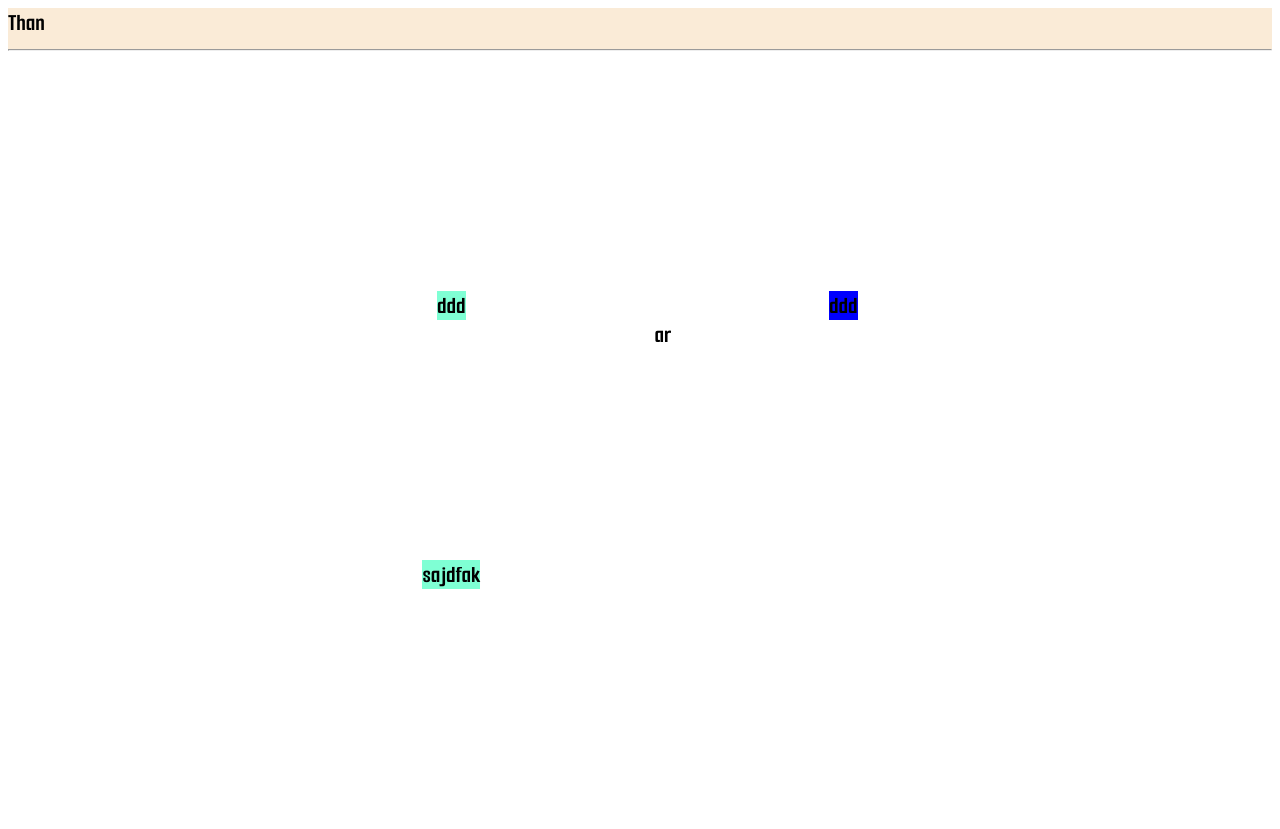
Repository: Than-dot/Than-dot
Page: index.html
An editor plug-in stored every save of this project. The page is shown before and after a run of saves, followed by the edit.
The browser window is 1280 px wide. The pictures show the whole page.

Above is the page before, as saved 2026-04-22 12:32:44.

After the next 2 saves:
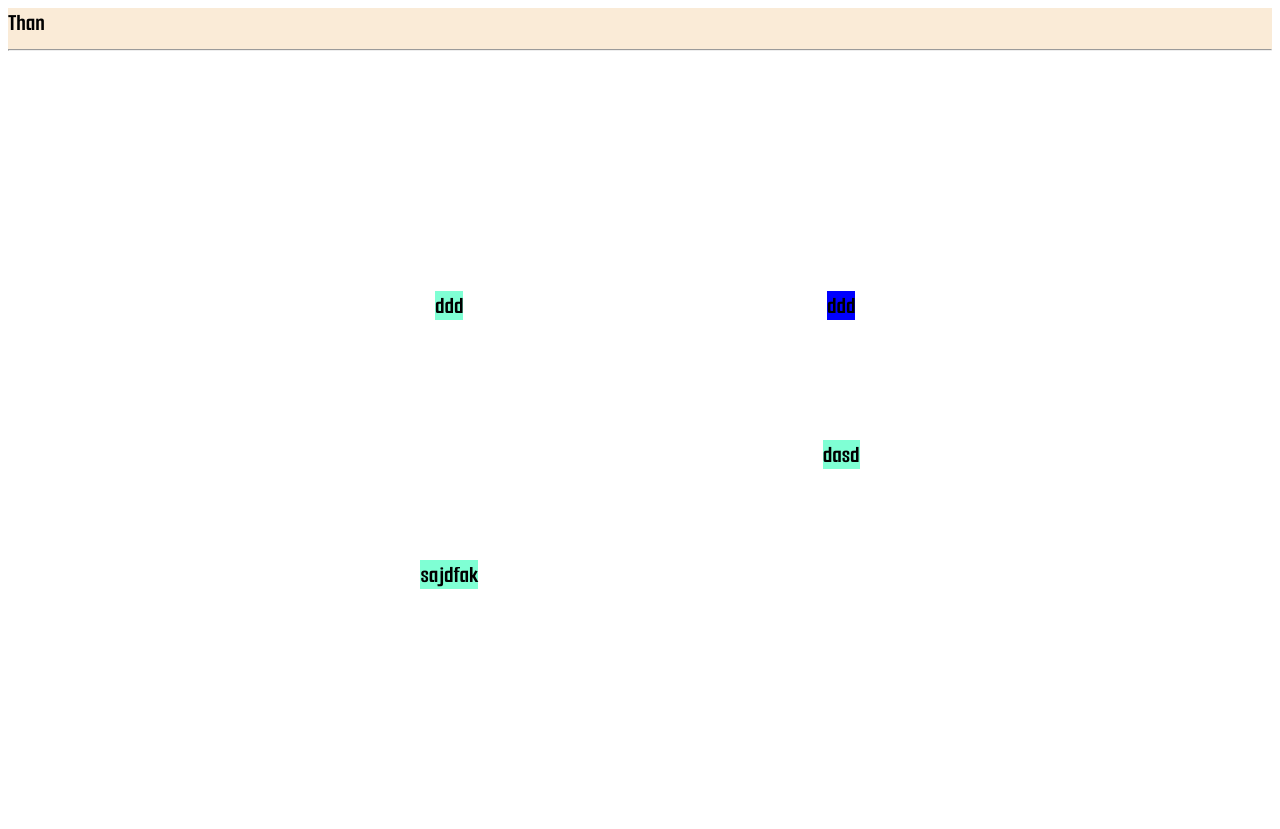
The 2 saves are shown as one change because they came seconds apart.
The last was saved 7 s later.
--- a/index.html
+++ b/index.html
@@ -17,7 +17,7 @@
       <article>ddd</article>
       <aside>ddd</aside>
       <article class="stats">sajdfak</article>
-      ar
+      <article>dasd</article>
     </main>
   </body>
 </html>

After the save that followed:
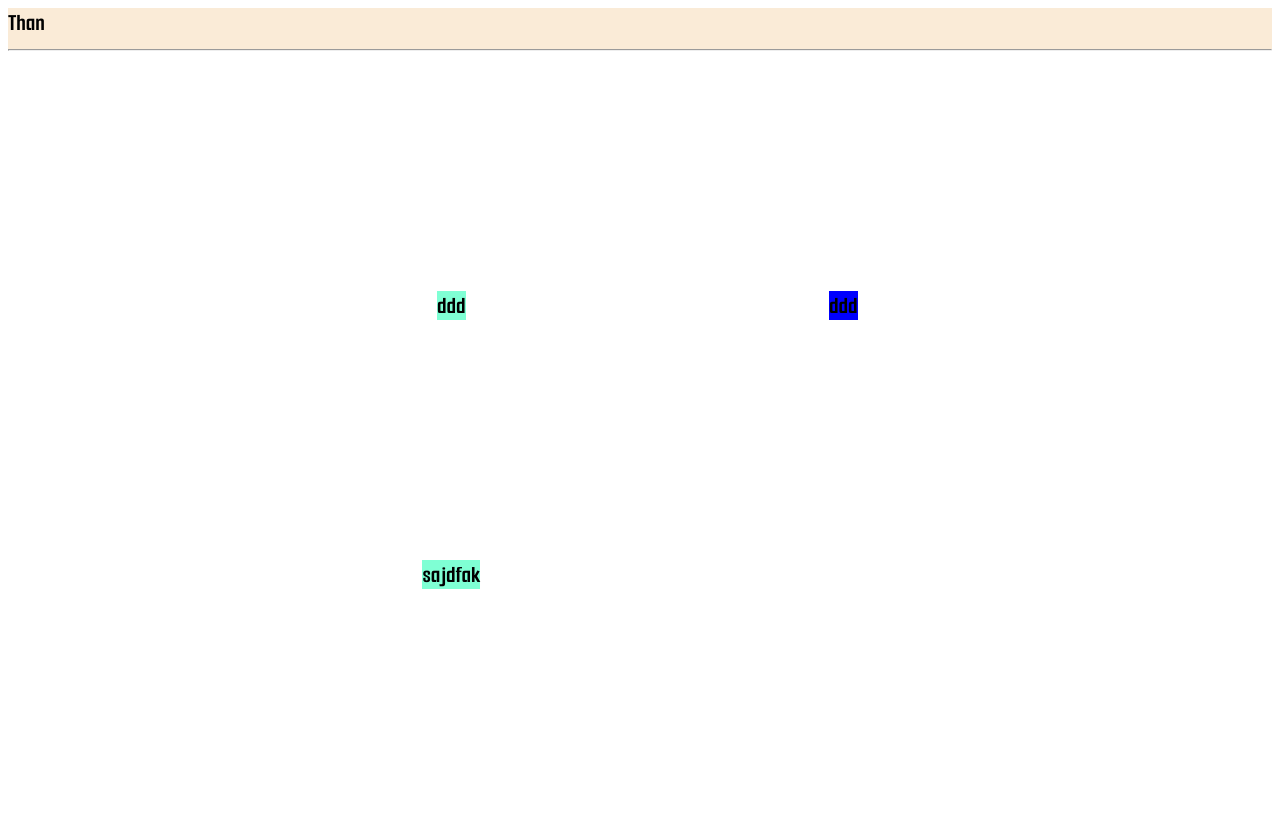
Saved 11 s later.
--- a/index.html
+++ b/index.html
@@ -17,7 +17,7 @@
       <article>ddd</article>
       <aside>ddd</aside>
       <article class="stats">sajdfak</article>
-      <article>dasd</article>
+      <article></article>
     </main>
   </body>
 </html>
